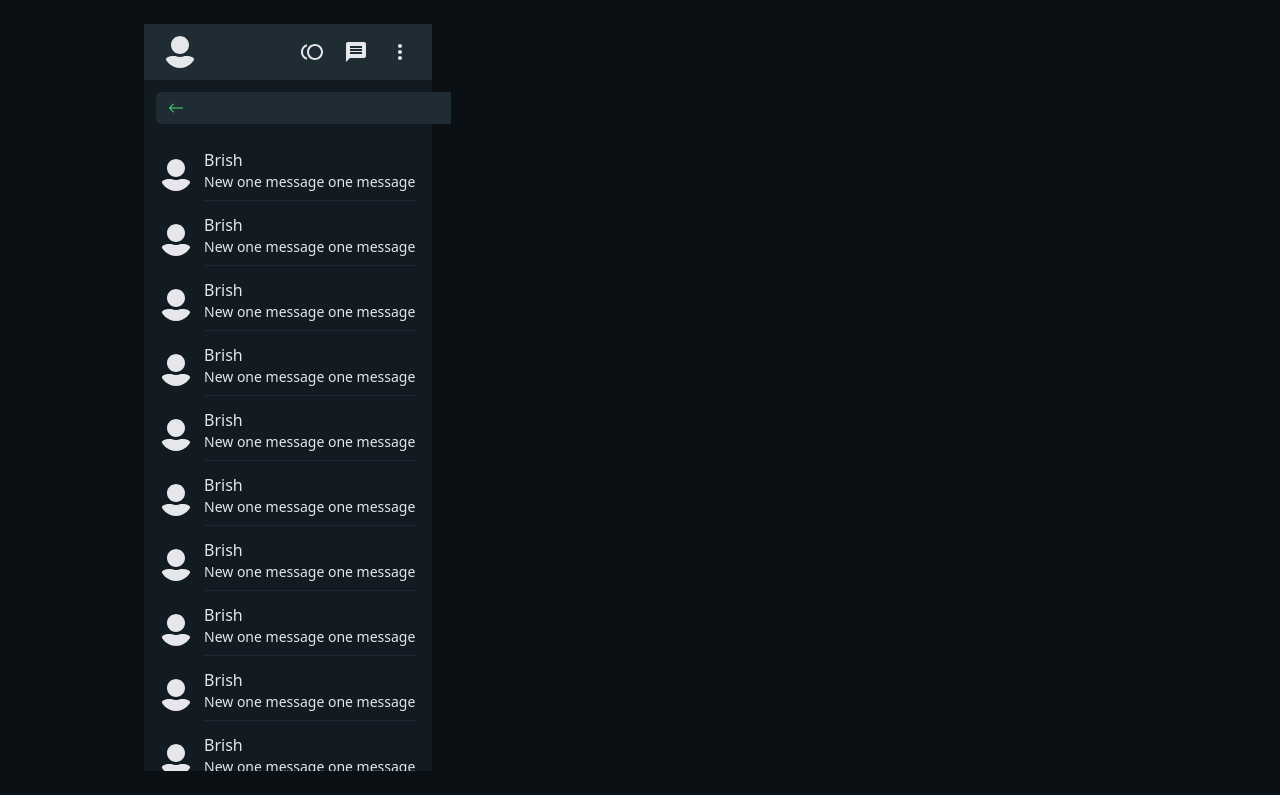
Repository: satya-ranjon/whatsapp-clone-dev
Page: /
The author's editor kept a copy of each file at every save. The page is drawn from the files as they stood at one save, then again after the next save.
The browser window is 1280 px wide. The pictures show the whole page.
The project was rebuilt for these pictures with package versions that can differ from the ones it lists, and the page was loaded fresh each time.

Above is the page before, as saved 2022-04-09 07:22:16.

### src/index.js
import * as ReactDOMClient from "react-dom/client";
import { BrowserRouter } from "react-router-dom";
import App from "./App";
import "./index.css";

const root = ReactDOMClient.createRoot(document.getElementById("root"));
root.render(
  <BrowserRouter>
    <App />
  </BrowserRouter>
);

### src/App.js
import SideBar from "./Components/SideBar";

function App() {
  return (
    <div className="lg:p-6 lg:px-36 bg-[#0a1014]">
      <SideBar />
    </div>
  );
}

export default App;

### src/index.css
@tailwind base;
@tailwind components;
@tailwind utilities;

.hoverEf {
  overflow: hidden;
  right: -100%;
  transition: all 0.4s;
}

.hoverbtn:hover .hoverEf {
  right: -0%;
}

### src/Components/SideBar.jsx
import React from "react";
import { MdToll, MdMoreVert, MdMessage } from "react-icons/md";
import { FaUserAlt } from "react-icons/fa";
import SideBarUseList from "./SideBarUseList";

export default function SideBar() {
  return (
    <div className="w-72">
      <div className="flex justify-between font-semibold text-2xl px-5 py-3 bg-[#202c33] text-gray-200">
        <div>
          <FaUserAlt className="rounded-full w-8 h-8" />
          {/* <img
            className="rounded-full w-8 h-8 "
            src="https://images.pexels.com/photos/220453/pexels-photo-220453.jpeg?cs=srgb&dl=pexels-pixabay-220453.jpg&fm=jpg"
            alt=""
          /> */}
        </div>
        <div className="flex justify-between space-x-5 cursor-pointer my-auto">
          <MdToll />
          <MdMessage />
          <MdMoreVert />
        </div>
      </div>
      <SideBarUseList />
    </div>
  );
}

### src/Components/SideBarUseList.jsx
import React, { useState } from "react";
import { FaUserAlt } from "react-icons/fa";
import { BsChevronDown, BsArrowLeft } from "react-icons/bs";
import { AiOutlineSearch } from "react-icons/ai";

const array = [
  1, 1, 1, 1, 1, 1, 1, 1, 1, 1, 1, 1, 1, 1, 1, 1, 1, 1, 1, 1, 1, 1, 1, 1, 1, 1,
  1, 1, 1, 1, 1, 1, 1, 1, 1, 1, 1, 1, 1, 1, 1, 1, 1, 1, 1, 1, 1, 1, 1, 1, 1, 1,
  1, 1, 1, 1, 1, 1, 1, 1, 1, 1, 1, 1, 1, 1, 1, 1, 1,
];

export default function SideBarUseList() {
  const [toogle, setToogle] = useState(true);

  return (
    <>
      <div className="bg-[#111b21] flex justify-center p-3">
        <div
          className="pl-14 rounded-md w-full bg-[#202c33] relative"
          onClick={() => setToogle(true)}
          onMouseOut={() => setToogle(false)}
        >
          <input
            type="text"
            id="search"
            className="bg-[#202c33]  p-1 outline-none text-gray-300  "
          />
          <label
            htmlFor="search"
            className="absolute left-3 bottom-2 text-gray-300 my-auto"
          >
            {(toogle && (
              <BsArrowLeft className="text-green-400 font-semibold" />
            )) || <AiOutlineSearch />}
          </label>
        </div>
      </div>
      <div className="bg-[#111b21] overflow-y-scroll scroll-my-1 h-[88.2vh] scrollbar scrollbar-thumb-gray-400 scrollbar-thin text-gray-200 duration-500 transition-all">
        {array.map((i, index) => (
          <div
            key={index}
            className="px-4 py-3 pb-0 flex justify-start hover:bg-[#2a394294] cursor-pointer duration-500 transition-all relative hoverbtn overflow-hidden"
          >
            <div className="my-auto">
              <FaUserAlt className="w-8 h-8 rounded-full" />
            </div>
            <div className="flex flex-col my-auto w-full ml-3 border-b-[1px] border-b-gray-800 pb-2">
              <p>Brish</p>
              <p className="text-sm">New one message one message</p>
            </div>

            <div className=" absolute px-5 bg-[#2a3942a8] bottom-2 text-xl hoverEf">
              <BsChevronDown />
            </div>
          </div>
        ))}
      </div>
    </>
  );
}

### tailwind.config.js
module.exports = {
  content: ["./src/**/*.{js,jsx,ts,tsx}"],
  theme: {
    extend: {},
  },
  plugins: [require("tailwind-scrollbar")],
};

Loaded but not shown: public/index.html (common file)

After the next save:
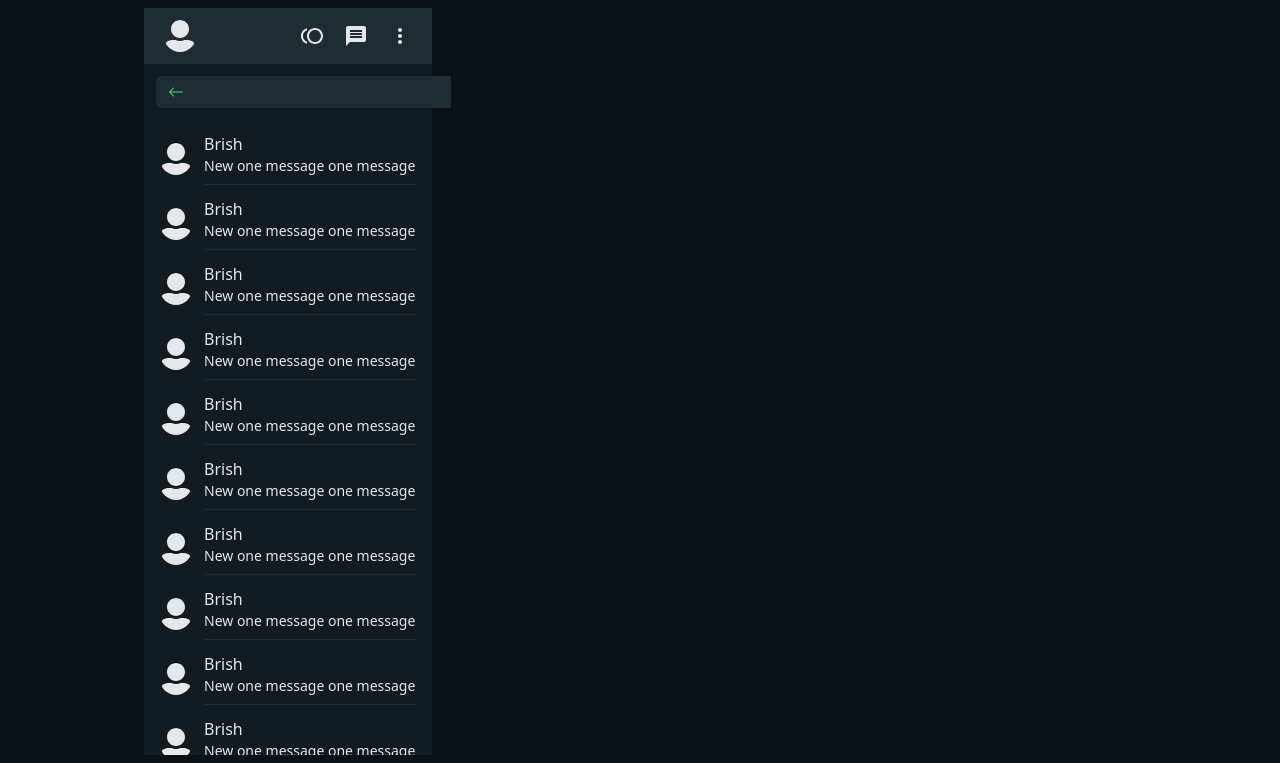
Saved 11 s later.
--- a/src/App.js
+++ b/src/App.js
@@ -2,7 +2,7 @@ import SideBar from "./Components/SideBar";
 
 function App() {
   return (
-    <div className="lg:p-6 lg:px-36 bg-[#0a1014]">
+    <div className="lg:p-2 lg:px-36 bg-[#0a1014]">
       <SideBar />
     </div>
   );
